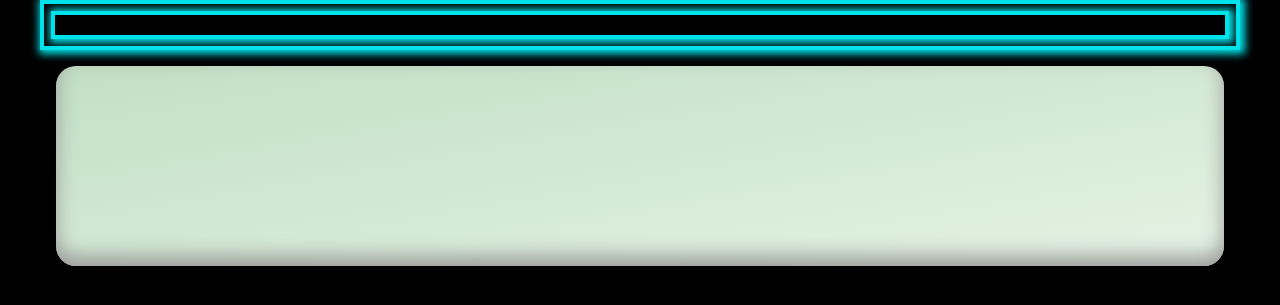
Repository: KhangNguyen3006/WebUI-UX
Page: /
The author's editor kept a copy of each file at every save. The page is drawn from the files as they stood at one save, then again after the next save.
The browser window is 1280 px wide. The pictures show the whole page.
The project was rebuilt for these pictures with package versions that can differ from the ones it lists, and the page was loaded fresh each time. Also part of the build but not shown: src/App.css.

Above is the page before, as saved 2023-05-04 00:11:12.

After the next save:
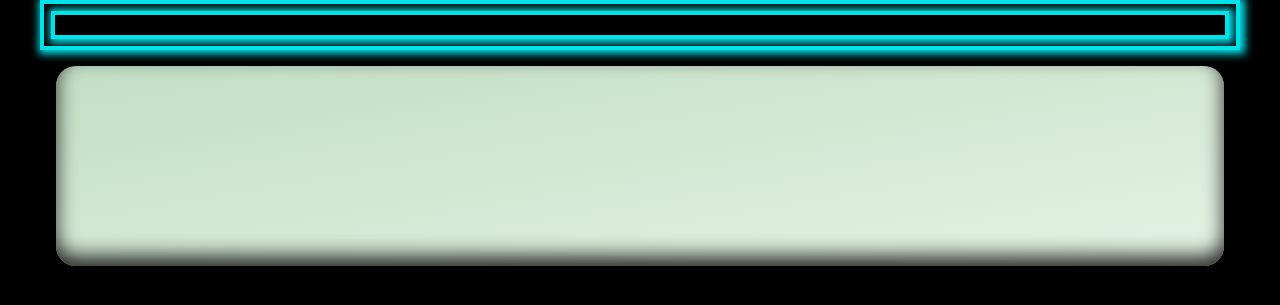
Saved 33 s later.
--- a/src/assets/css/Home.css
+++ b/src/assets/css/Home.css
@@ -13,7 +13,8 @@
 .rectangle-linear-gradient {
     height: 200px;
     border-radius: 20px;
-    box-shadow: 0px -10px 20px rgba(156, 157, 156, 2) inset;
+    box-shadow: 0px -10px 20px rgba(41, 41, 41, 1)
+    inset;
     background-image: linear-gradient(to bottom right, #C1DFC4, #E5F3E4);
 }
 
